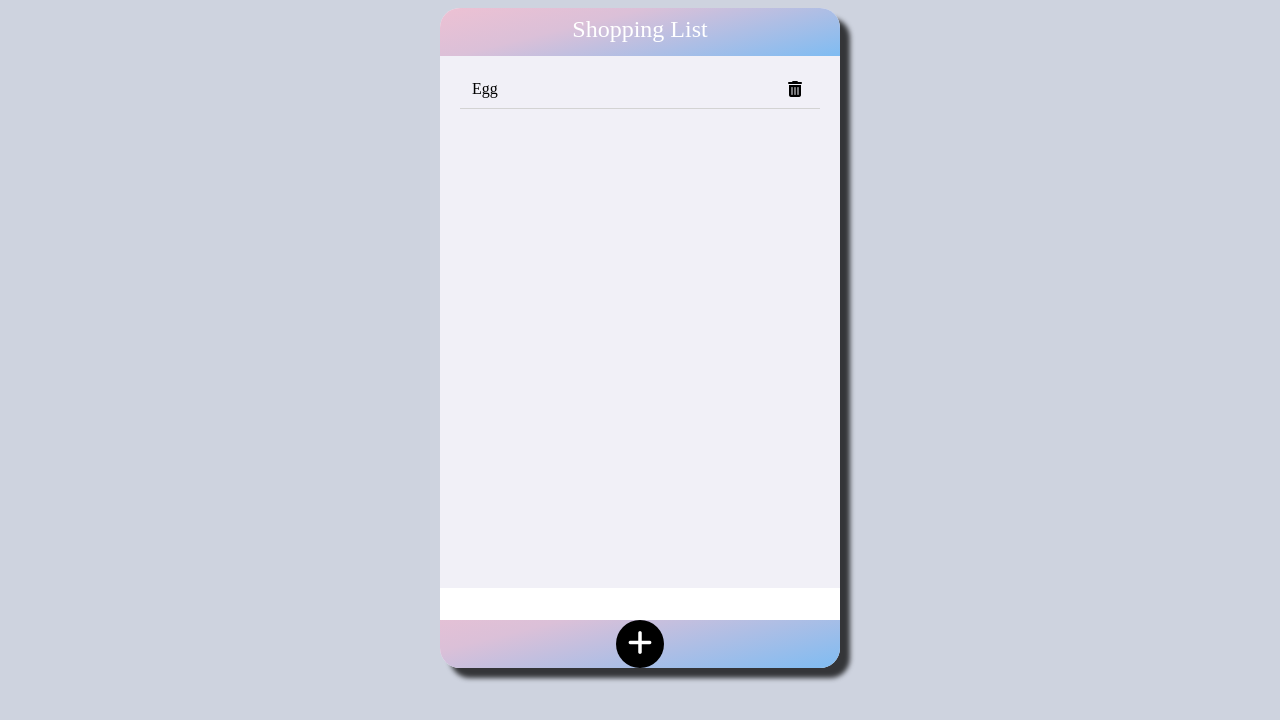
Repository: rumor1993/DreamCoding-Browser101
Page: Chapter05/index.html
The author's editor kept a copy of each file at every save. The page is drawn from the files as they stood at one save, then again after a run of saves.
The browser window is 1280 px wide. The pictures show the whole page.
Empty fields were first filled with sample values (such as "Sample", 5 or name@example.com).
After loading, the first visible `button.footer-button` was clicked once.
Some web libraries are served in a nearby version.

Above is the page before, as saved 2020-12-30 13:08:40.

### Chapter05/index.html
<!DOCTYPE html>
<html lang="en">
  <head>
    <meta charset="UTF-8" />
    <meta name="viewport" content="width=device-width, initial-scale=1.0" />
    <title>Shopping List</title>
    <link rel="stylesheet" href="style.css" />
    <script src="main.js" defer></script>
    <script src="https://kit.fontawesome.com/86c035f01d.js" crossorigin="anonymous"></script>
  </head>
  <body>
    <section class="list">
      <header class="header">Shopping List</header>
      <ul class="items">
        <li class="item-row">
          <div class="item">
            <span class="item-name">Egg</span>
            <button class="item-delete">
              <i class="fas fa-trash-alt"></i>
            </button>
          </div>
          <div class="item-divider"></div>
        </li>
      </ul>
      <footer class="footer">
        <input type="text" class="footer-input" />
        <button class="footer-button">
          <i class="fas fa-plus"></i>
        </button>
      </footer>
    </section>
  </body>
</html>

### Chapter05/style.css
* {
  box-sizing: border-box;
}

ul {
  padding: 0;
}

button {
  outline: none;
  background: transparent;
  border: none;
}

body {
  background-color: #ced3df;
  text-align: center;
}

.list {
  width: 400px;
  margin: auto;
  background-color: #f1f0f7;
  border-radius: 20px;

  -webkit-box-shadow: 10px 10px 5px 0px rgba(0, 0, 0, 0.75);
  -moz-box-shadow: 10px 10px 5px 0px rgba(0, 0, 0, 0.75);
  box-shadow: 10px 10px 5px 0px rgba(0, 0, 0, 0.75);
}

.header {
  height: 48px;
  padding: 8px;
  font-size: 24px;
  background: rgba(237, 193, 211);
  background: linear-gradient(166deg, rgba(237, 193, 211, 1) 0%, rgba(219, 192, 216, 1) 35%, rgba(127, 188, 242, 1) 100%);
  border-radius: 20px 20px 0 0;
  color: white;
}

.items {
  height: 500px;
  overflow-y: auto;
}

.item {
  display: flex;
  justify-content: space-between;
  padding: 8px 32px;
}

.item-delete {
  transition: all 300ms ease-in;
  font-size: 16px;
}
.item-delete:hover {
  color: red;
  transform: scale(1.1);
}

.item-divider {
  width: 90%;
  height: 1px;
  background-color: lightgray;
  margin: auto;
}

.footer {
  background: rgba(237, 193, 211);
  background: linear-gradient(166deg, rgba(237, 193, 211, 1) 0%, rgba(219, 192, 216, 1) 35%, rgba(127, 188, 242, 1) 100%);
  border-radius: 0 0 20px 20px;
}

.footer-input {
  width: 100%;
  height: 32px;
  border: none;
  outline: none;
  font-size: 24px;
  padding: 0 16px;
}

.footer-button {
  width: 48px;
  height: 48px;
  font-size: 28px;
  background-color: black;
  border-radius: 50%;
  color: white;
}

.footer-button:hover {
  transform: scale(1.1);
}

### Chapter05/main.js
const items = document.querySelector(".items");
const input = document.querySelector(".footer-input");
const addbutton = document.querySelector(".footer-button");

console.log(items);
console.log(input);
console.log(addbutton);

function onAdd() {
  // 1. 사용자가 입력한 텍스트를 받아옴
  const text = input.value;

  // 2. 새로운 아이템을 만든다 ( 텍스트 + 삭제 버튼 )
  //const imte = createItem();
  // 3. items 컨테이너안에 새로 만든 아에팀을 추가한다
  //items.appendChild(item);
  // 4. 인풋을 초기화 한다.
  input.value = "";
  input.focus();
}

addbutton.addEventListener("click", () => {
  onAdd();
});

After the next 2 saves:
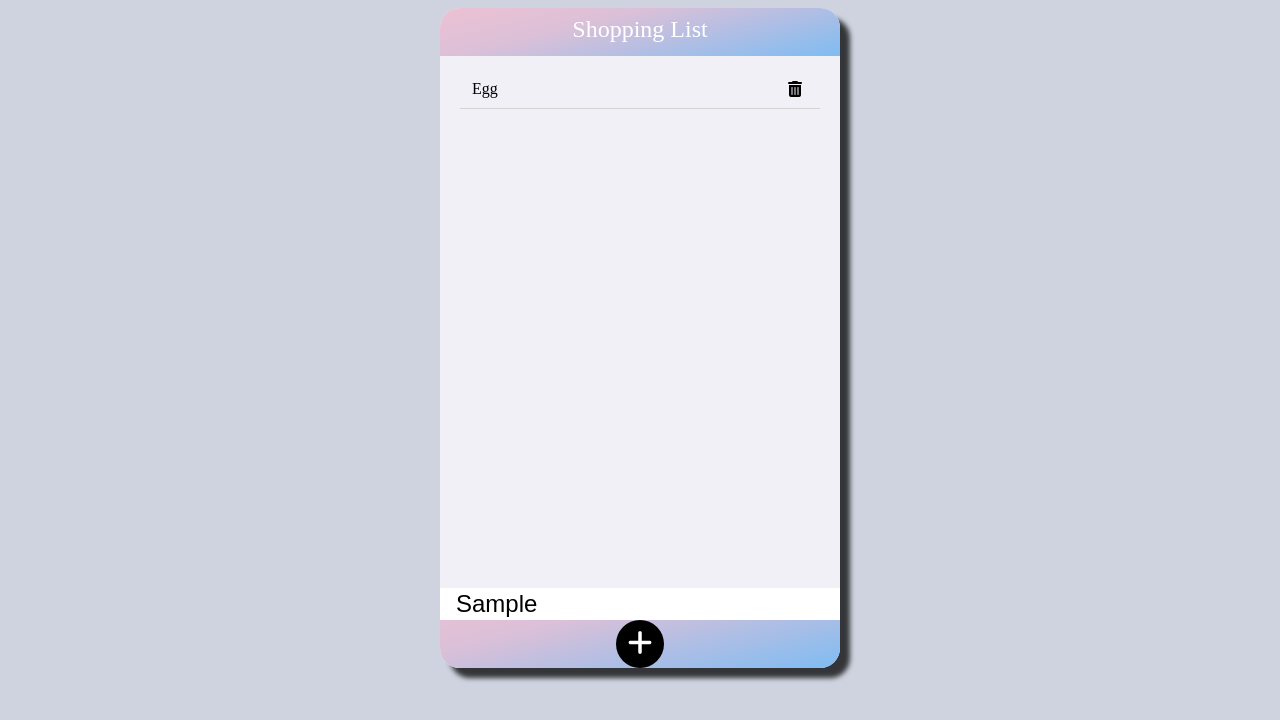
Console error: ReferenceError: createItem is not defined
The 2 saves are shown as one change because they came seconds apart.
The last was saved 15 s later.
--- a/Chapter05/main.js
+++ b/Chapter05/main.js
@@ -9,11 +9,10 @@ console.log(addbutton);
 function onAdd() {
   // 1. 사용자가 입력한 텍스트를 받아옴
   const text = input.value;
-
   // 2. 새로운 아이템을 만든다 ( 텍스트 + 삭제 버튼 )
-  //const imte = createItem();
+  const imte = createItem();
   // 3. items 컨테이너안에 새로 만든 아에팀을 추가한다
-  //items.appendChild(item);
+  items.appendChild(item);
   // 4. 인풋을 초기화 한다.
   input.value = "";
   input.focus();
